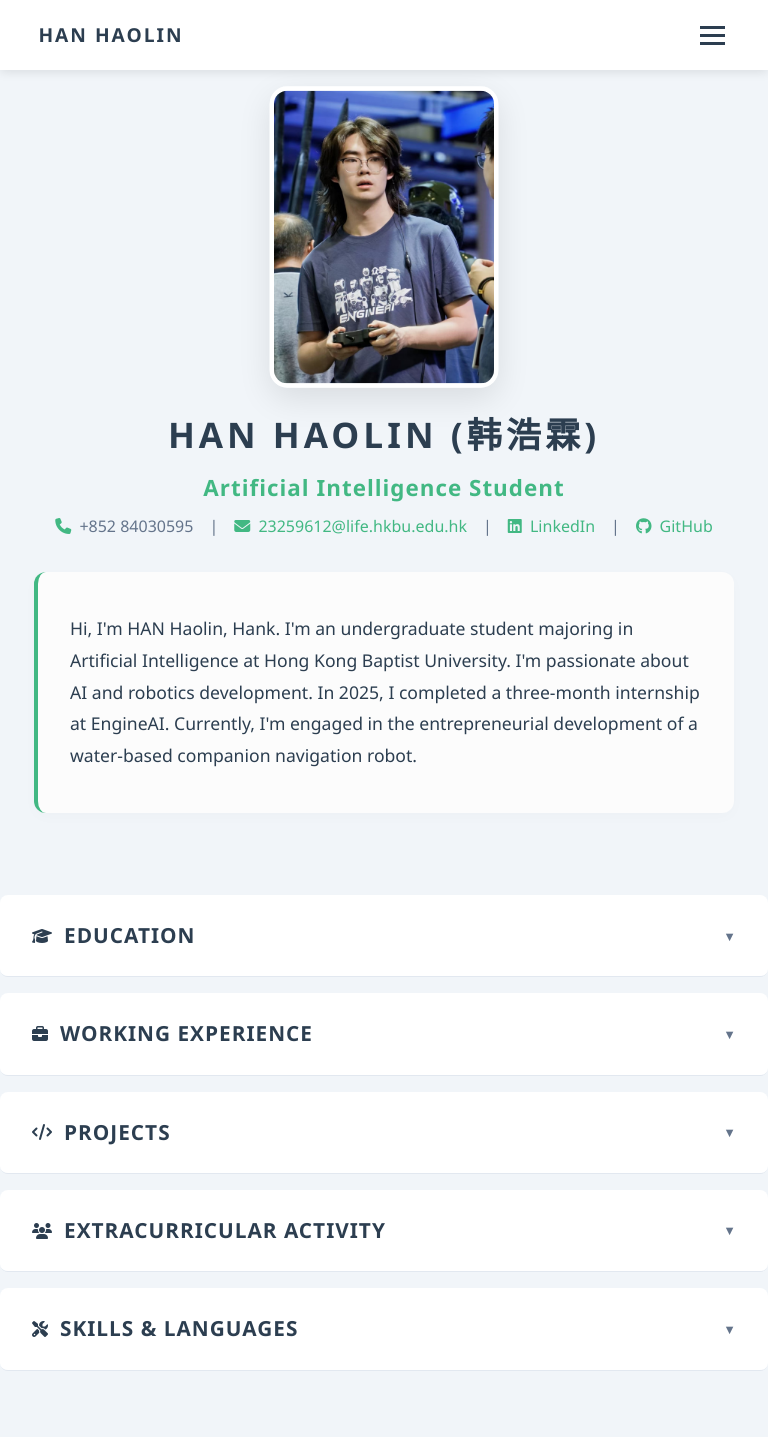
Repository: hhl2802149944-afk/hhl2802149944-afk.github.io
Page: /
An editor plug-in stored every save of this project. The page is shown before and after the next save, followed by the edit.
The browser window is 768 px wide. The pictures show the whole page.
The project was rebuilt for these pictures with package versions that can differ from the ones it lists, and the page was loaded fresh each time. Also part of the build but not shown: vite.config.js, src/components/ProjectCard.vue, src/views/MantaRoboticView.vue.

Above is the page before, as saved 2026-01-22 11:29:37.

After the next save:
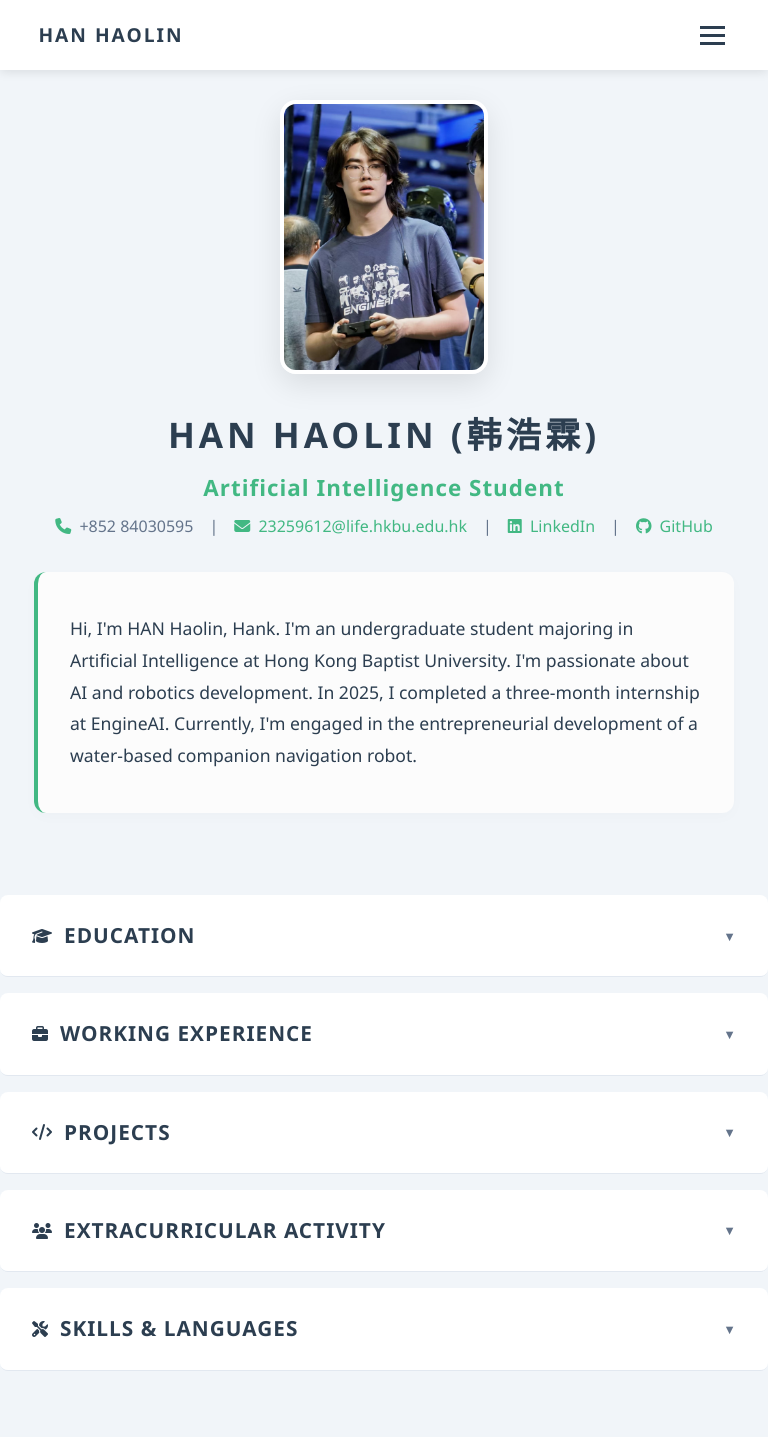
Saved 6 s later.
--- a/src/components/ResumeHeader.vue
+++ b/src/components/ResumeHeader.vue
@@ -114,7 +114,6 @@ h1 {
   .profile-pic-container {
     width: 200px;
     height: 266px;
-    transform: scale(1.1); /* 移动端稍微缩小一点缩放倍数 */
   }
 }
 </style>
